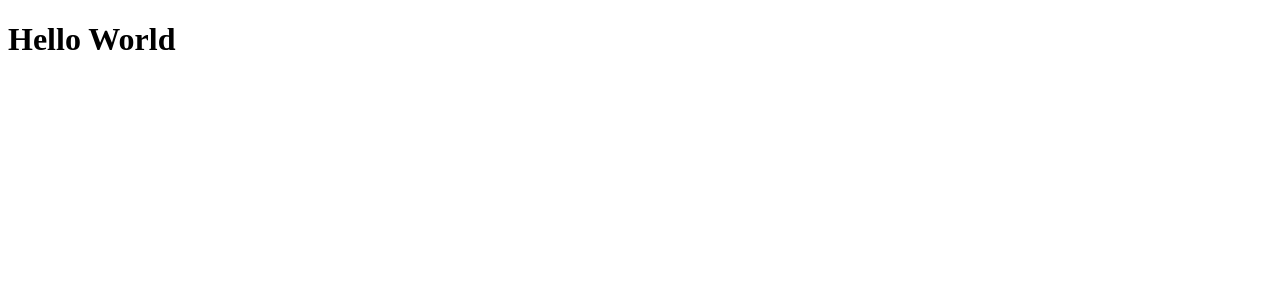
Repository: walidrashadx/Javascript_ES6
Page: index.html
An editor plug-in stored every save of this project. The page is shown before and after the next save, followed by the edit.
The browser window is 1280 px wide. The pictures show the whole page.

Above is the page before, as saved 2025-09-13 15:02:18.
Console error: TypeError: Document.querySelector is not a function

After the next save:
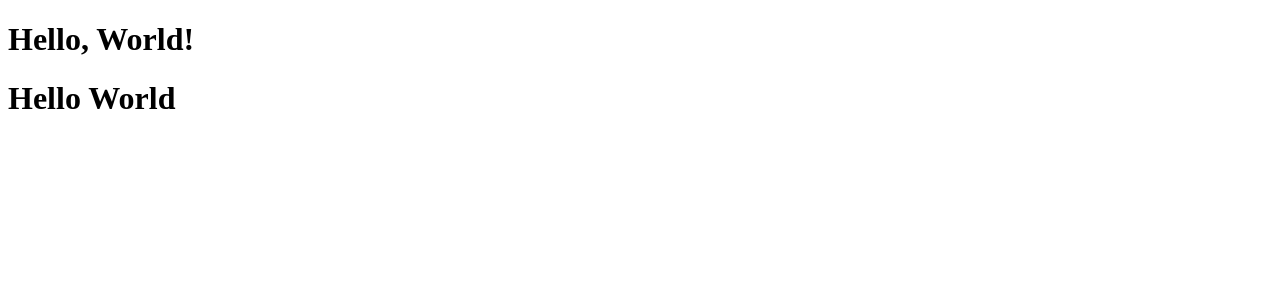
Saved 4 s later.
--- a/index.html
+++ b/index.html
@@ -4,7 +4,7 @@
     <meta charset="UTF-8" />
     <meta name="viewport" content="width=device-width, initial-scale=1.0" />
     <title>Document</title>
-    <script src="main.js" defer></script>
+    <script src="main.js" ></script>
   </head>
   <body>
     <h1>Hello World</h1>
